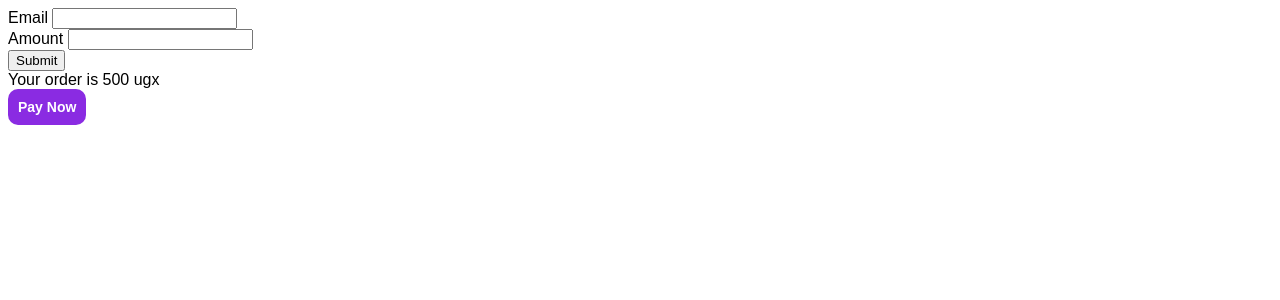
Repository: Mpiima/Early-market
Page: http://localhost/payment/index.php
An editor plug-in stored every save of this project. The page is shown before and after the next save, followed by the edit.
The browser window is 1280 px wide. The pictures show the whole page.
The page is run by PHP 8.4 with error messages shown; the project is at /var/www/html/.

Above is the page before, as saved 2023-04-20 21:34:09.

After the next save:
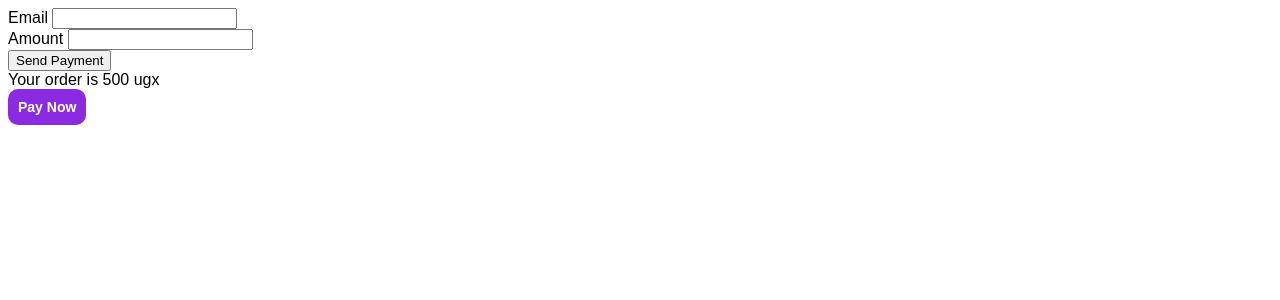
Saved 93 s later.
--- a/payment/index.php
+++ b/payment/index.php
@@ -17,7 +17,7 @@
         <label>Amount</label>
         <input type="number" name="amount">
         <br>
-        <input type="submit" name="pay" vlaue="Send Payment">
+        <input type="submit" name="pay" value="Send Payment">
 
         </form>
     </body>
